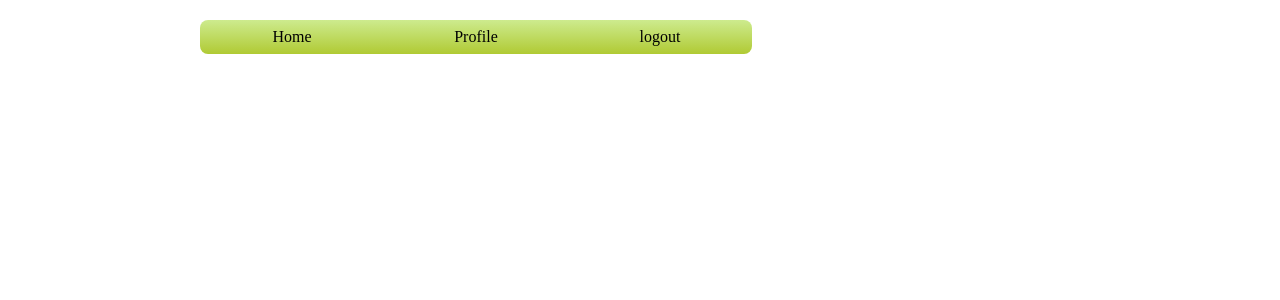
Repository: movitkr/testjava
Page: JavaSP/WebContent/nav.html
These files come from the project's save history. The page is drawn as it stood at one moment and after the next save; the edit follows.
The browser window is 1280 px wide. The pictures show the whole page.

Above is the page before, as saved 2016-02-03 11:34:54.

After the next save:
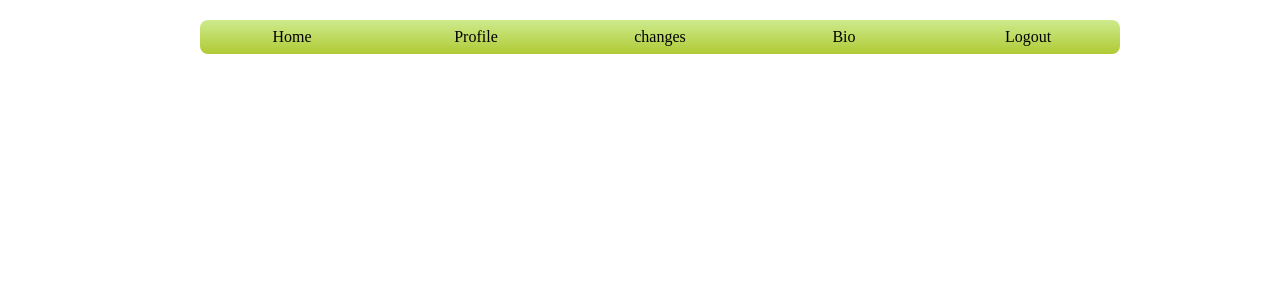
Saved 2 min 30 s later.
--- a/JavaSP/WebContent/nav.html
+++ b/JavaSP/WebContent/nav.html
@@ -13,7 +13,13 @@
       <a href="#">Profile</a>
     </li>
     <li>
-      <a href="#">logout</a>
+      <a href="#">changes</a>
+    </li>
+    <li>
+      <a href="#">Bio</a>
+    </li>
+    <li>
+      <a href="#">Logout</a>
     </li>
   </ul>
 </nav>
